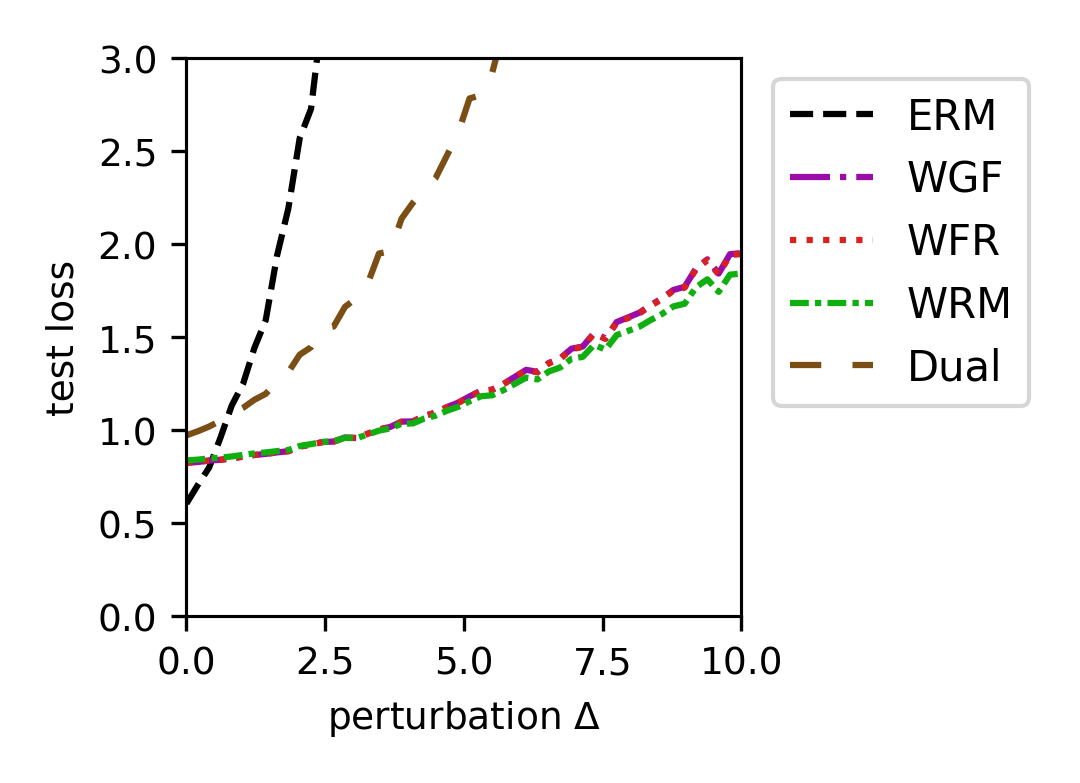
Repository: ZusenXu/GFS-DRO
Script's output: python uncertain_least_squares/uncertain_least_squares.py
An editor plug-in stored every save of this project. The script's output is shown before and after the next save, followed by the edit.
Random numbers start from a fixed seed.

Above is the script's output before, as saved 2025-09-26 19:48:14.

### uncertain_least_squares/uncertain_least_squares.py
import numpy as np
import matplotlib.pyplot as plt
from scipy.optimize import minimize
from scipy.special import logsumexp

# --- Experiment Setup & Parameter Definitions ---
# Define the problem's dimensions
DIM_M = 10  # Number of rows for matrix A
DIM_N = 10  # Number of columns for matrix A (dimension of theta)

# Define the number of training/test samples
N_TRAIN_SAMPLES = 10
N_TEST_SAMPLES = 1000

# Define the perturbation range for distribution shift
DELTA_MIN = 0.0
DELTA_MAX = 10.0
DELTA_STEPS = 50

# --- DRO Algorithm Hyperparameters ---
N_EPOCHS = 50 # Number of iterations for the outer optimization
LEARNING_RATE = 0.01 # Learning rate for the outer optimization of theta
LAMBDA_VAL = 0.2 # Regularization parameter lambda
EPSILON = 3 # Entropy regularization parameter epsilon
GRAD_CLIP_THRESHOLD = 100.0 # Gradient clipping threshold to prevent explosion

# WGF (Algorithm 3), WFR (Algorithm 4), WRM Specific Parameters
K_INNER_STEPS = 300  # Number of inner loop iterations K
INNER_STEP_SIZE = 0.01 # Inner loop step size eta
WFR_WEIGHT_STEP_SIZE = 0.16 # Step size for weight updates in WFR

# WGF, WFR, RGO Specific Parameters
M_PARTICLES = 5 # Number of particles (samples) used

# Dual Method Specific Parameters
SINKHORN_SAMPLE_LEVEL = 4 # Monte Carlo sampling level for the Dual method

# --- Generate a Fixed Problem Instance ---
np.random.seed(219)
A0 = np.random.randn(DIM_M, DIM_N)
A1 = np.random.randn(DIM_M, DIM_N)
b = np.random.randn(DIM_M)

# --- Data Generation Functions ---
def generate_training_data(n_samples):
    """Generates training data."""
    return np.random.uniform(-0.5, 0.5, n_samples)

def generate_test_data(n_samples, delta):
    """Generates test data with a distributional shift."""
    lower_bound = -0.5 * (1 + delta)
    upper_bound = 0.5 * (1 + delta)
    return np.random.uniform(lower_bound, upper_bound, n_samples)

# --- Core Function Definitions (Vectorized) ---
def loss_function(theta, z):
    """ Computes the loss f_theta(z) for a single sample or a batch of samples z. """
    z = np.atleast_1d(z)
    # A_z shape: (num_z, DIM_M, DIM_N)
    A_z = A0[np.newaxis, :, :] + z[:, np.newaxis, np.newaxis] * A1[np.newaxis, :, :]
    # residual shape: (num_z, DIM_M)
    residual = A_z @ theta - b[np.newaxis, :]
    # loss shape: (num_z,)
    loss = np.sum(residual**2, axis=1) / DIM_M
    return loss.squeeze()

def loss_grad_theta(theta, z):
    """ Computes the gradient of the loss function with respect to theta, nabla_theta f_theta(z), for one or a batch of z. """
    z = np.atleast_1d(z)
    # A_z shape: (num_z, DIM_M, DIM_N)
    A_z = A0[np.newaxis, :, :] + z[:, np.newaxis, np.newaxis] * A1[np.newaxis, :, :]
    # residual shape: (num_z, DIM_M)
    residual = A_z @ theta - b[np.newaxis, :]
    # grad shape: (num_z, DIM_N)
    grad = 2 * (A_z.transpose(0, 2, 1) @ residual[:, :, np.newaxis]).squeeze(axis=2)
    return grad.squeeze()

def loss_grad_z(theta, z):
    """ Computes the gradient of the loss function with respect to z, nabla_z f_theta(z), for one or a batch of z. """
    z = np.atleast_1d(z)
    # A_z shape: (num_z, DIM_M, DIM_N)
    A_z = A0[np.newaxis, :, :] + z[:, np.newaxis, np.newaxis] * A1[np.newaxis, :, :]
    # residual shape: (num_z, DIM_M)
    residual = A_z @ theta - b[np.newaxis, :]
    # grad_A_z is A1 @ theta, shape: (DIM_M,)
    grad_A_z = A1 @ theta
    # grad shape: (num_z,)
    grad = 2 * np.sum(residual * grad_A_z[np.newaxis, :], axis=1)
    return grad.squeeze()

# --- ERM (Empirical Risk Minimization) Implementation ---
def erm_objective_function(theta, xi_samples):
    """ Calculates the ERM objective function value (average loss). """
    return np.mean(loss_function(theta, xi_samples))

def solve_erm(xi_train_samples):
    """ Solves the ERM problem using an optimizer. """
    initial_theta = np.zeros(DIM_N)
    result = minimize(
        erm_objective_function, initial_theta, args=(xi_train_samples,), method='BFGS')
    if not result.success:
        print("Warning: ERM optimization may not have converged.")
    return result.x

# --- MMD-DRO (Maximum Mean Discrepancy DRO) Implementation ---
def imq_kernel_and_grad_numpy(x, y, c=1.0, beta=-0.5):
    """
    Computes the Inverse Multi-Quadric (IMQ) kernel and its gradient w.r.t. x.
    k(x, y) = (c + ||x - y||^2)^beta
    """
    diffs = x[:, np.newaxis, :] - y[np.newaxis, :, :]
    sq_dists = np.sum(diffs**2, axis=2)
    kernel_matrix = (c + sq_dists)**beta
    grad_multiplier = 2 * beta * (c + sq_dists)**(beta - 1)
    grad_k_x = diffs * grad_multiplier[:, :, np.newaxis]
    return kernel_matrix, grad_k_x

def solve_mmd_dro(xi_train_samples):
    """ Solves Sinkhorn DRO using an MMD gradient flow sampler. """
    theta = np.zeros(DIM_N)
    num_train = len(xi_train_samples)

    for epoch in range(N_EPOCHS):
        particles = np.tile(xi_train_samples[:, np.newaxis], (1, M_PARTICLES))
        current_inner_steps = int(max(5, K_INNER_STEPS * (epoch + 1) / N_EPOCHS))

        for _ in range(current_inner_steps):
            particles_flat = particles.flatten()
            loss_grads = loss_grad_z(theta, particles_flat)

            particles_reshaped = particles_flat[:, np.newaxis]
            xi_train_reshaped = xi_train_samples[:, np.newaxis]

            _, grad_K_clone = imq_kernel_and_grad_numpy(particles_reshaped, particles_reshaped)
            mmd_term1 = np.mean(grad_K_clone, axis=1).squeeze()

            _, grad_K_orig = imq_kernel_and_grad_numpy(particles_reshaped, xi_train_reshaped)
            mmd_term2 = np.mean(grad_K_orig, axis=1).squeeze()

            velocity = loss_grads - LAMBDA_VAL * (mmd_term1 - mmd_term2)
            noise = np.random.randn(*particles_flat.shape) * 0.01

            particles_flat = particles_flat + INNER_STEP_SIZE * velocity + noise
            particles = particles_flat.reshape(num_train, M_PARTICLES)

        all_grads = loss_grad_theta(theta, particles.flatten())
        avg_particle_grads = all_grads.reshape(num_train, M_PARTICLES, -1).mean(axis=1)
        total_grad = avg_particle_grads.sum(axis=0)

        avg_grad = total_grad / num_train
        grad_norm = np.linalg.norm(avg_grad)
        if grad_norm > GRAD_CLIP_THRESHOLD:
            avg_grad = avg_grad * GRAD_CLIP_THRESHOLD / grad_norm
        theta -= LEARNING_RATE * avg_grad

    return theta


# --- RGO (Algorithm 2) Implementation (Vectorized) ---
# def solve_rgo(xi_train_samples):
#     """ Solves Sinkhorn DRO using the RGO algorithm. """
#     theta = np.zeros(DIM_N)
#     num_train = len(xi_train_samples)

#     def rgo_inner_objective(z, xi, current_theta):
#         l = loss_function(current_theta, z.flatten()).reshape(z.shape)
#         penalty = (z - xi)**2
#         return -l / (LAMBDA_VAL * EPSILON) + penalty / EPSILON

#     def rgo_inner_objective_grad_z(z, xi, current_theta):
#         grad_l_z = loss_grad_z(current_theta, z)
#         grad_penalty = 2 * (z - xi)
#         return -grad_l_z / (LAMBDA_VAL * EPSILON) + grad_penalty

#     for epoch in range(N_EPOCHS):
#         # Stage 1: Use gradient descent to find z* for all xi simultaneously
#         z_k = xi_train_samples.copy()
#         for _ in range(K_INNER_STEPS):
#             grad = rgo_inner_objective_grad_z(z_k, xi_train_samples, theta)
#             z_k -= INNER_STEP_SIZE * grad
#         z_star_batch = z_k

#         # Stage 2: Vectorized rejection sampling M_PARTICLES times for each xi
#         variance = (LAMBDA_VAL * EPSILON) / (2 * LAMBDA_VAL - RGO_SMOOTHNESS_L)
#         if variance <= 0: variance = 1e-6
#         std_dev = np.sqrt(variance)

#         z_star_expanded = z_star_batch[:, np.newaxis]
#         xi_expanded = xi_train_samples[:, np.newaxis]

#         final_accepted_samples = np.zeros((num_train, M_PARTICLES))
#         active_flags = np.ones((num_train, M_PARTICLES), dtype=bool)

#         for _ in range(100): # Max 100 attempts for vectorization
#             if not np.any(active_flags): break

#             proposals = np.random.normal(0, std_dev, size=(num_train, M_PARTICLES))
#             z_candidates = z_star_expanded + proposals

#             f_val_candidates = rgo_inner_objective(z_candidates, xi_expanded, theta)
#             f_val_star = rgo_inner_objective(z_star_expanded, xi_expanded, theta)

#             log_accept_prob = -f_val_candidates + f_val_star - (proposals**2 / (2*variance))

#             acceptance_mask = np.log(np.random.rand(num_train, M_PARTICLES)) < log_accept_prob
#             newly_accepted = acceptance_mask & active_flags

#             final_accepted_samples[newly_accepted] = z_candidates[newly_accepted]
#             active_flags[newly_accepted] = False

#         if np.any(active_flags):
#             final_accepted_samples[active_flags] = z_star_expanded[active_flags]

#         all_grads = loss_grad_theta(theta, final_accepted_samples.flatten())
#         avg_particle_grads = all_grads.reshape(num_train, M_PARTICLES, -1).mean(axis=1)
#         total_grad = avg_particle_grads.sum(axis=0)

#         avg_grad = total_grad / num_train
#         grad_norm = np.linalg.norm(avg_grad)
#         if grad_norm > GRAD_CLIP_THRESHOLD:
#             avg_grad = avg_grad * GRAD_CLIP_THRESHOLD / grad_norm
#         theta -= LEARNING_RATE * avg_grad

#     return theta

# --- Wasserstein Gradient Flow (WGF) Implementation (Vectorized) ---
def solve_wgf(xi_train_samples):
    """ Solves Sinkhorn DRO using Wasserstein Gradient Flow (WGF). """
    theta = np.zeros(DIM_N)
    num_train = len(xi_train_samples)

    def f_bar_grad_z(z, xi, current_theta):
        grad_f = loss_grad_z(current_theta, z)
        return grad_f - 2 * LAMBDA_VAL * (z - xi)

    for epoch in range(N_EPOCHS):
        particles = np.tile(xi_train_samples[:, np.newaxis], (1, M_PARTICLES))

        for _ in range(K_INNER_STEPS):
            particles_flat = particles.flatten()
            xi_expanded = np.repeat(xi_train_samples, M_PARTICLES)

            grad = f_bar_grad_z(particles_flat, xi_expanded, theta)
            noise = np.random.normal(0, 1, size=particles_flat.shape)

            updated_particles_flat = particles_flat + INNER_STEP_SIZE * grad + np.sqrt(2 * INNER_STEP_SIZE * LAMBDA_VAL * EPSILON) * noise
            particles = updated_particles_flat.reshape(num_train, M_PARTICLES)
            particles = np.clip(particles, -1, 1)

        all_grads = loss_grad_theta(theta, particles.flatten())
        avg_particle_grads = all_grads.reshape(num_train, M_PARTICLES, -1).mean(axis=1)
        total_grad = avg_particle_grads.sum(axis=0)

        avg_grad = total_grad / num_train
        grad_norm = np.linalg.norm(avg_grad)
        if grad_norm > GRAD_CLIP_THRESHOLD:
            avg_grad = avg_grad * GRAD_CLIP_THRESHOLD / grad_norm
        theta -= LEARNING_RATE * avg_grad

    return theta

# --- WFR Flow (Algorithm 4) Implementation (Vectorized) ---
def solve_wfr(xi_train_samples):
    """ Solves Sinkhorn DRO using WFR Flow. """
    theta = np.zeros(DIM_N)
    num_train = len(xi_train_samples)

    def f_bar_grad_z(z, xi, current_theta):
        grad_f = loss_grad_z(current_theta, z)
        return grad_f - 2 * LAMBDA_VAL * (z - xi)

    for epoch in range(N_EPOCHS):
        particles = np.tile(xi_train_samples[:, np.newaxis], (1, M_PARTICLES))
        weights = np.full((num_train, M_PARTICLES), 1.0 / M_PARTICLES)

        for _ in range(K_INNER_STEPS):
            particles_flat = particles.flatten()
            xi_expanded = np.repeat(xi_train_samples, M_PARTICLES)

            grad = f_bar_grad_z(particles_flat, xi_expanded, theta)
            noise = np.random.normal(0, 1, size=particles_flat.shape)
            updated_particles_flat = particles_flat + INNER_STEP_SIZE * grad + np.sqrt(2 * INNER_STEP_SIZE * LAMBDA_VAL * EPSILON) * noise
            particles = updated_particles_flat.reshape(num_train, M_PARTICLES)
            particles = np.clip(particles, -1, 1)

            f_bar_val = loss_function(theta, particles.flatten()).reshape(particles.shape) - LAMBDA_VAL * (particles - xi_train_samples[:, np.newaxis])**2
            weights = (weights**(1 - LAMBDA_VAL * EPSILON * WFR_WEIGHT_STEP_SIZE)) * np.exp(WFR_WEIGHT_STEP_SIZE * f_bar_val)

            sum_weights = np.sum(weights, axis=1, keepdims=True)
            weights /= (sum_weights + 1e-9)

            low_weight_threshold = 1e-3
            low_weight_mask = weights < low_weight_threshold
            rows_with_low_weights = np.any(low_weight_mask, axis=1)

            if np.any(rows_with_low_weights):
                max_weight_indices = np.argmax(weights, axis=1, keepdims=True)
                max_weight_vals = np.take_along_axis(weights, max_weight_indices, axis=1)
                highest_weight_point_data = np.take_along_axis(particles, max_weight_indices, axis=1)

                low_weights_sum = np.sum(weights * low_weight_mask, axis=1, keepdims=True)
                num_low_weights = np.sum(low_weight_mask, axis=1, keepdims=True)

                avg_weight = (max_weight_vals + low_weights_sum) / (num_low_weights + 1.0 + 1e-9)

                max_weight_mask = np.zeros_like(weights, dtype=bool)
                np.put_along_axis(max_weight_mask, max_weight_indices, True, axis=1)

                update_mask = (low_weight_mask | max_weight_mask) & rows_with_low_weights[:, np.newaxis]

                x_update_mask = low_weight_mask & rows_with_low_weights[:, np.newaxis]

                weights = np.where(update_mask, avg_weight, weights)

                particles = np.where(x_update_mask, highest_weight_point_data, particles)

                sum_weights = np.sum(weights, axis=1, keepdims=True)
                weights /= (sum_weights + 1e-9)

        all_grads = loss_grad_theta(theta, particles.flatten()).reshape(num_train, M_PARTICLES, -1)
        weighted_grads = np.sum(weights[:, :, np.newaxis] * all_grads, axis=1)
        total_grad = np.sum(weighted_grads, axis=0)

        avg_grad = total_grad / num_train
        grad_norm = np.linalg.norm(avg_grad)
        if grad_norm > GRAD_CLIP_THRESHOLD:
            avg_grad = avg_grad * GRAD_CLIP_THRESHOLD / grad_norm
        theta -= LEARNING_RATE * avg_grad

    return theta

# --- WRM (Wasserstein Robust Method) Implementation (Vectorized) ---
def solve_wrm(xi_train_samples):
    """ Solves using WRM (deterministic inner optimization). """
    theta = np.zeros(DIM_N)
    num_train = len(xi_train_samples)

    def f_bar_grad_z(z, xi, current_theta):
        grad_f = loss_grad_z(current_theta, z)
        return grad_f - 2 * LAMBDA_VAL * (z - xi)

    for epoch in range(N_EPOCHS):
        z_k = xi_train_samples.copy()
        for _ in range(K_INNER_STEPS):
            grad = f_bar_grad_z(z_k, xi_train_samples, theta)
            z_k += INNER_STEP_SIZE * grad
            z_k = np.clip(z_k, -1, 1)

        total_grad = loss_grad_theta(theta, z_k).sum(axis=0)

        avg_grad = total_grad / num_train
        grad_norm = np.linalg.norm(avg_grad)
        if grad_norm > GRAD_CLIP_THRESHOLD:
            avg_grad = avg_grad * GRAD_CLIP_THRESHOLD / grad_norm
        theta -= LEARNING_RATE * avg_grad

    return theta

# --- Dual Method Implementation (Vectorized) ---
def solve_dual(xi_train_samples):
    """ Solves Sinkhorn DRO using the dual method. """
    theta = np.zeros(DIM_N)
    num_train = len(xi_train_samples)

    levels = np.arange(SINKHORN_SAMPLE_LEVEL + 1)
    numerators = 2.0**(-levels)
    denominator = 2.0 - 2.0**(-SINKHORN_SAMPLE_LEVEL)
    probabilities = numerators / denominator

    for _ in range(N_EPOCHS):
        sampled_level = np.random.choice(levels, p=probabilities)
        m = 2**sampled_level

        noise = np.random.randn(num_train, m) * np.sqrt(EPSILON)
        z_samples = xi_train_samples[:, np.newaxis] + noise

        v = loss_function(theta, z_samples.flatten()).reshape(num_train, m) / (LAMBDA_VAL * EPSILON)

        v_max = np.max(v, axis=1, keepdims=True)
        weights = np.exp(v - v_max)
        weights /= np.sum(weights, axis=1, keepdims=True)

        grads = loss_grad_theta(theta, z_samples.flatten()).reshape(num_train, m, -1)
        weighted_grads = np.sum(weights[:, :, np.newaxis] * grads, axis=1)
        total_grad = np.sum(weighted_grads, axis=0)

        avg_grad = total_grad / num_train
        grad_norm = np.linalg.norm(avg_grad)
        if grad_norm > GRAD_CLIP_THRESHOLD:
            avg_grad = avg_grad * GRAD_CLIP_THRESHOLD / grad_norm
        theta -= LEARNING_RATE * avg_grad

    return theta

# --- Experiment Execution and Evaluation ---
def run_experiment():
    """ Executes the complete experimental procedure. """
    xi_train = generate_training_data(N_TRAIN_SAMPLES)

    print("Solving ERM model...")
    theta_erm = solve_erm(xi_train)
    # print("Solving RGO model...")
    # theta_rgo = solve_rgo(xi_train)
    print("Solving WGF model...")
    np.random.seed(42)
    theta_wgf = solve_wgf(xi_train)
    print("Solving WFR model...")
    np.random.seed(42)
    theta_wfr = solve_wfr(xi_train)
    print("Solving WRM model...")
    theta_wrm = solve_wrm(xi_train)
    print("Solving Dual model...")
    np.random.seed(42)
    theta_dual = solve_dual(xi_train)
    # print("Solvinh MMD model...")
    # theta_mmd_dro = solve_mmd_dro(xi_train)
    print("All models solved.")

    delta_values = np.linspace(DELTA_MIN, DELTA_MAX, DELTA_STEPS)
    results = {'ERM': [], 'WGF': [], 'WFR': [], 'WRM': [], 'Dual': []} #, 'MMD': []
    models = {
        'ERM': theta_erm,  'WGF': theta_wgf,
        'WFR': theta_wfr, 'WRM': theta_wrm, 'Dual': theta_dual#, 'MMD': theta_mmd_dro
    }

    print("Evaluating all models...")
    for delta in delta_values:
        xi_test = generate_test_data(N_TEST_SAMPLES, delta)
        for name, theta in models.items():
            test_loss = erm_objective_function(theta, xi_test)
            results[name].append(test_loss)

    print("Evaluation complete.")
    return delta_values, results

# --- Results Visualization ---
def plot_results(delta_values, results):
    """ Plots the loss curves for all models against the perturbation delta. """
    fig, ax = plt.subplots(figsize=(3.6, 2.613), dpi=300)

    styles = {
        'ERM': {'color': 'k', 'linestyle': '--'},
        'RGO': {'color': '#9467bd', 'linestyle': '-'},
        'WGF': {'color': "#9a0ba7", 'linestyle': '-.'},
        'WFR': {'color': "#db2020", 'linestyle': ':'},
        'WRM': {'color': "#0eaf0e", 'linestyle': (0, (3, 1, 1, 1))},
        'Dual': {'color': "#7A4E15", 'linestyle': (0, (5, 5))},
        'MMD': {'color': "#f19317", 'linestyle': (0, (1, 1))}
    }

    for name, losses in results.items():
        ax.plot(delta_values, losses, linewidth=1.5, label=name, **styles[name])

    #ax.set_title('(a) Uncertain least squares loss', fontsize=11)
    ax.set_xlabel(r'perturbation $\Delta$', fontsize=9)
    ax.set_ylabel('test loss', fontsize=9)
    ax.tick_params(axis='both', which='major', labelsize=9)
    for spine in ax.spines.values():
        spine.set_linewidth(0.75)
    ax.set_xlim(0, 10)
    ax.set_ylim(0, 3)
    ax.grid(False)
    ax.legend(fontsize=10)
    ax.legend(loc='upper left', bbox_to_anchor=(1.02, 1))
    plt.tight_layout()
    plt.savefig('uncertain_least_squares_results.pdf', dpi=300)
    plt.show()

# --- Main Program Entry ---
if __name__ == '__main__':
    with np.errstate(all='ignore'):
        delta_vals, all_results = run_experiment()
        plot_results(delta_vals, all_results)

After the next save:
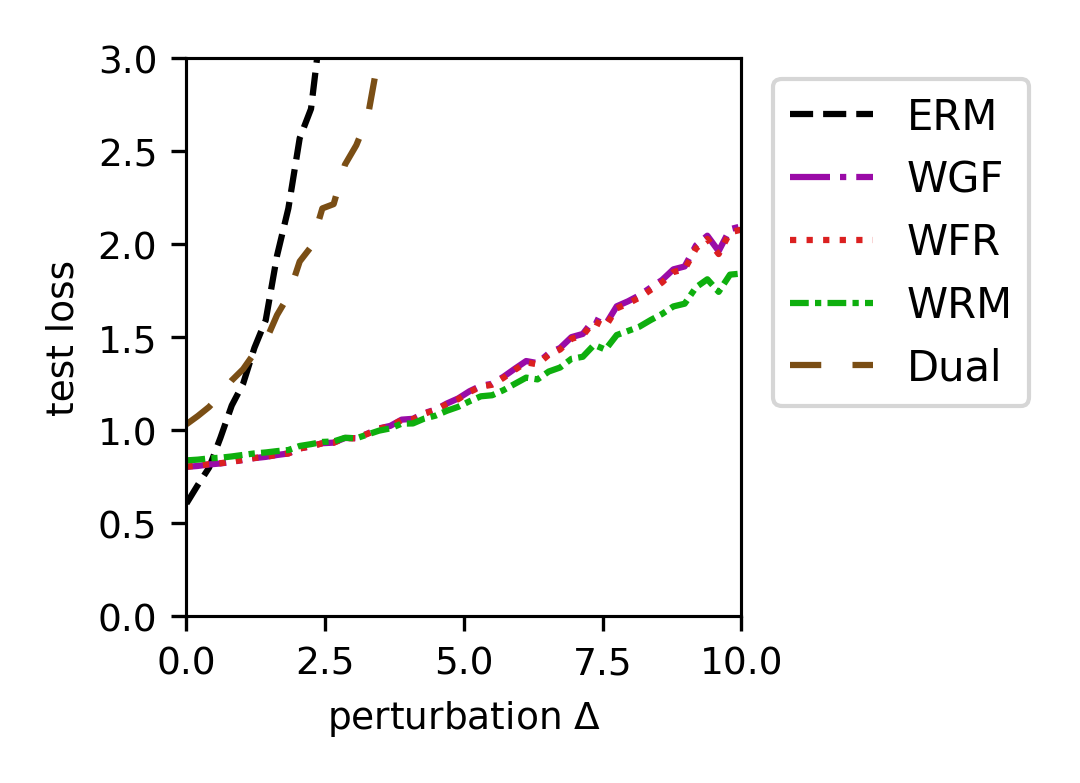
Saved 15 s later.
--- a/uncertain_least_squares/uncertain_least_squares.py
+++ b/uncertain_least_squares/uncertain_least_squares.py
@@ -21,7 +21,7 @@ DELTA_STEPS = 50
 N_EPOCHS = 50 # Number of iterations for the outer optimization
 LEARNING_RATE = 0.01 # Learning rate for the outer optimization of theta
 LAMBDA_VAL = 0.2 # Regularization parameter lambda
-EPSILON = 3 # Entropy regularization parameter epsilon
+EPSILON = 5 # Entropy regularization parameter epsilon
 GRAD_CLIP_THRESHOLD = 100.0 # Gradient clipping threshold to prevent explosion
 
 # WGF (Algorithm 3), WFR (Algorithm 4), WRM Specific Parameters
